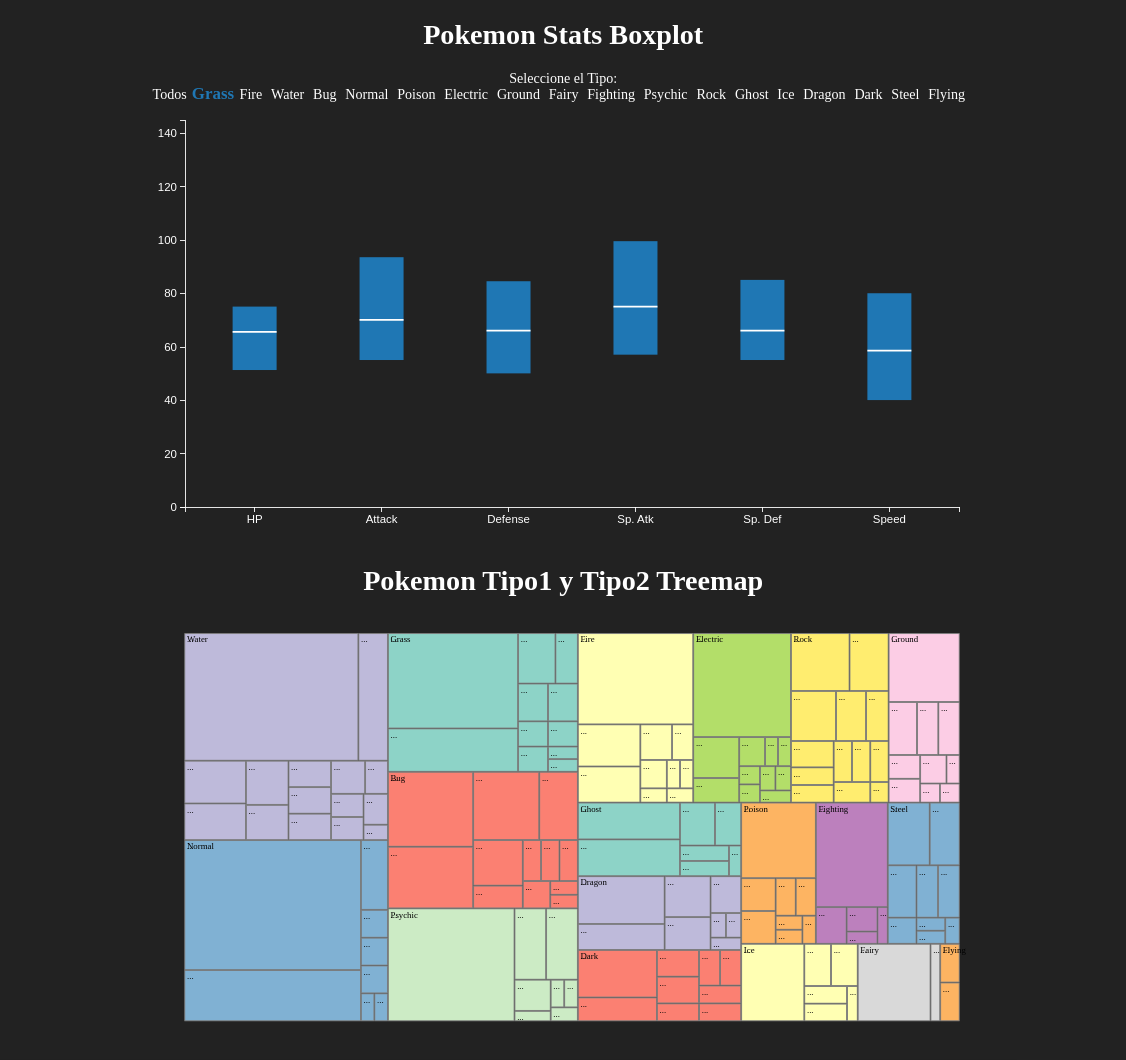
Repository: Cartterr/Proyecto-VisInfo
Page: Propuesta1_Tipos_Cajas.html
An editor plug-in stored every save of this project. The page is shown before and after the next save, followed by the edit.
The browser window is 1280 px wide. The pictures show the whole page, at 88% of full size.

Above is the page before, as saved 2023-06-28 04:08:29.

After the next save:
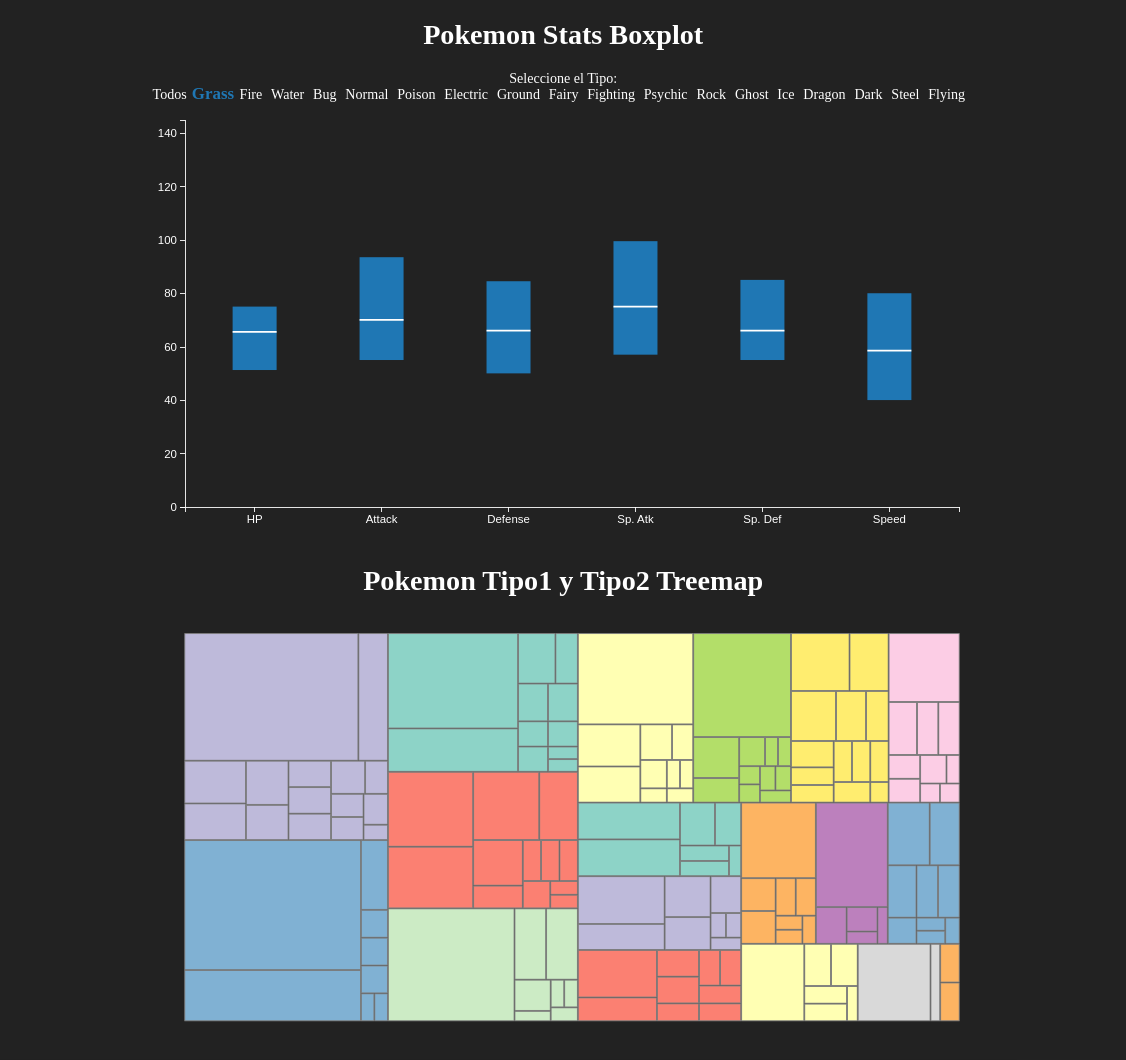
Console error: TypeError: d.data.name.getBoundingClientRect is not a function
Saved 51 s later.
--- a/Propuesta1_Tipos_Cajas.js
+++ b/Propuesta1_Tipos_Cajas.js
@@ -205,16 +205,19 @@
         });
 
     // Add labels for Type 2 and Type 1
-    groups.selectAll("text.type2")
+    // Add labels for Type 2 and Type 1
+        groups.selectAll("text.type2")
         .data(d => d.leaves())
         .enter()
         .append("text")
         .attr("class", "type2")
         .attr("x", d => d.x0 + 2.5)
         .attr("y", d => d.y0 + 10)
-        .text(d => d.data.name.length * 6 < (d.x1 - d.x0) ? d.data.name : `${d.data.name.slice(0, (d.x1 - d.x0) / 6)}...`) // Truncate text if it doesn't fit
-        .text(d => d.data.name.height < (d.y1 - d.y0) ? `aa...` : `...`)
-        .append("title")  // Tooltip to show full name on hover
+        .text(d => {
+        const textHeight = d.data.name.getBoundingClientRect().height;
+        return textHeight < (d.y1 - d.y0) ? "" : "...";
+        })
+        .append("title") // Tooltip to show full name on hover
         .text(d => d.data.name);
 
     groups.append("text")

After the 2 saves that followed:
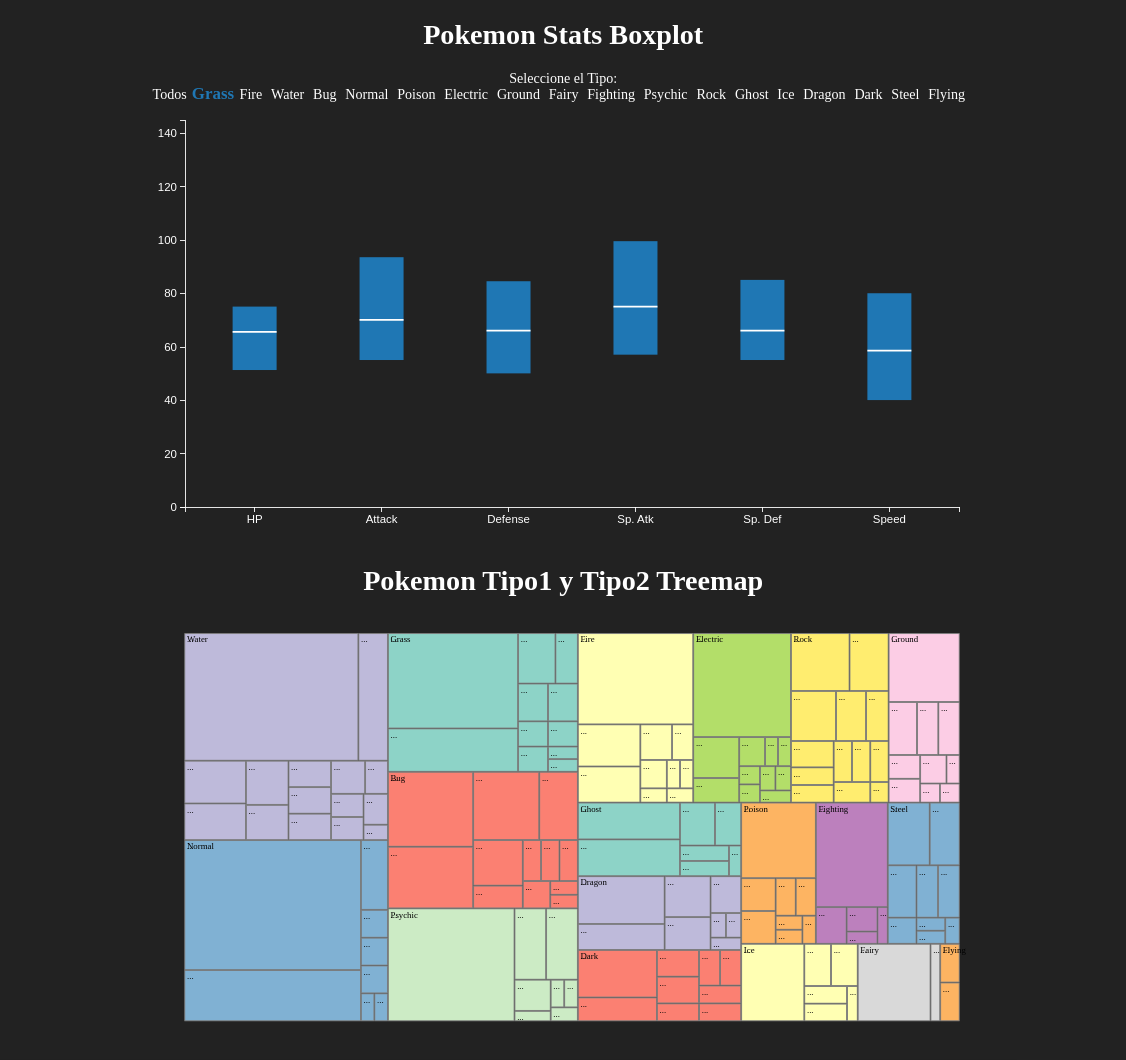
The error is gone.
The 2 saves are shown as one change because 1 left the picture as it was.
The last was saved 15 s later.
--- a/Propuesta1_Tipos_Cajas.js
+++ b/Propuesta1_Tipos_Cajas.js
@@ -205,19 +205,16 @@
         });
 
     // Add labels for Type 2 and Type 1
-    // Add labels for Type 2 and Type 1
-        groups.selectAll("text.type2")
+    groups.selectAll("text.type2")
         .data(d => d.leaves())
         .enter()
         .append("text")
         .attr("class", "type2")
         .attr("x", d => d.x0 + 2.5)
         .attr("y", d => d.y0 + 10)
-        .text(d => {
-        const textHeight = d.data.name.getBoundingClientRect().height;
-        return textHeight < (d.y1 - d.y0) ? "" : "...";
-        })
-        .append("title") // Tooltip to show full name on hover
+        .text(d => d.data.name.length * 6 < (d.x1 - d.x0) ? d.data.name : `${d.data.name.slice(0, (d.x1 - d.x0) / 6)}...`) // Truncate text if it doesn't fit
+        .text(d => d.data.name.height < (d.y1 - d.y0) ? `aa...` : `...`)
+        .append("title")  // Tooltip to show full name on hover
         .text(d => d.data.name);
 
     groups.append("text")
